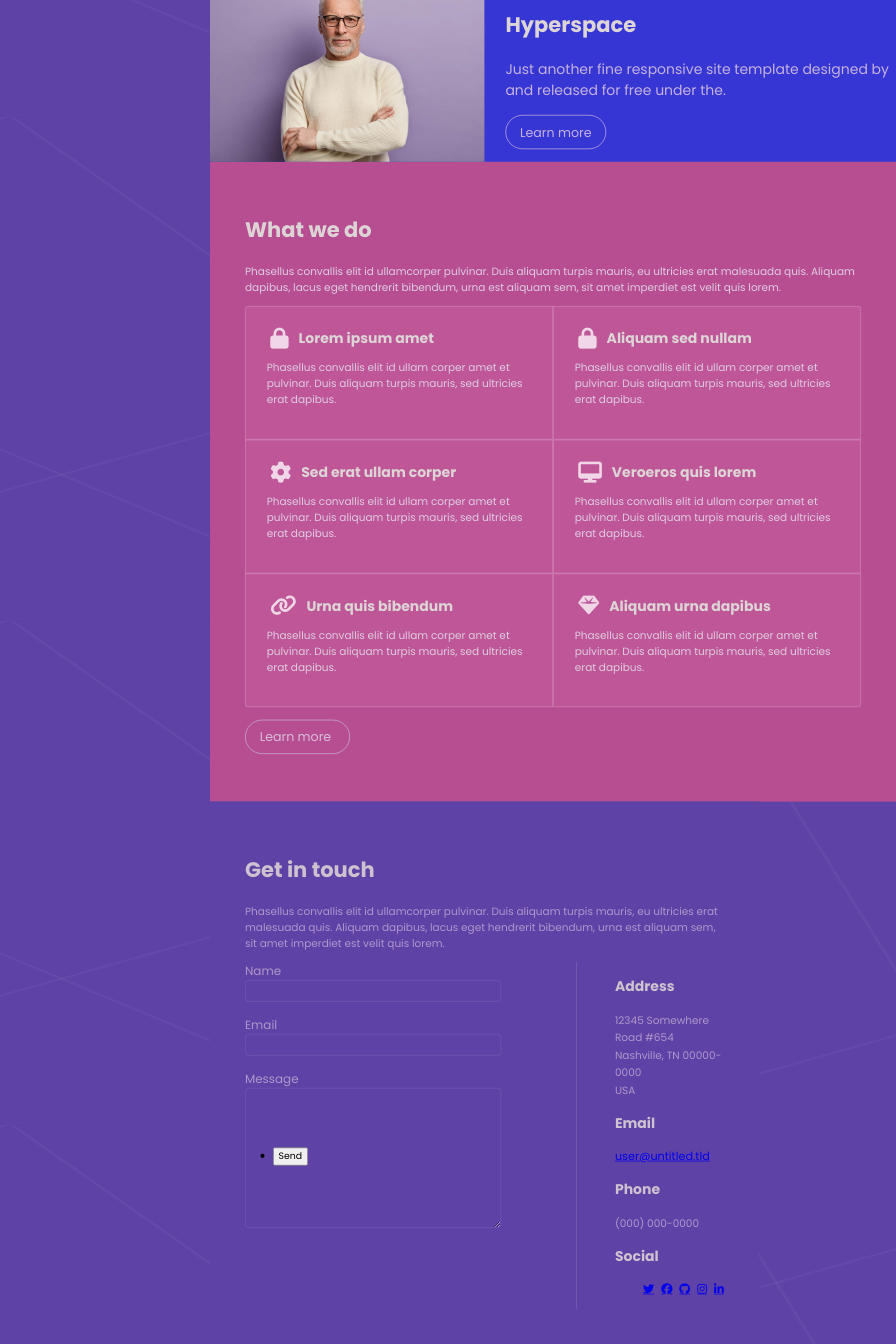
Repository: zai31/KIMIT_Tasks
Page: JsSession8/index.html
These files come from the project's save history. The page is drawn as it stood at one moment and after a run of saves; the edit follows.
The browser window is 1280 px wide. The pictures show the part of the page from y = 1273 to 3193 px (the page is 3193 px tall), at 70% of full size.
Backgrounds fixed to the window are drawn as part of the page.

Above is the page before, as saved 2025-09-15 23:05:57.

### JsSession8/index.html
<!DOCTYPE html>
<html lang="en">
<head>
    <meta charset="UTF-8">
    <meta name="viewport" content="width=device-width, initial-scale=1.0">
    <link rel="stylesheet" href="./css/style.css">
	<link href="https://cdnjs.cloudflare.com/ajax/libs/font-awesome/6.5.2/css/all.min.css" rel="stylesheet">

    <title>Responsive</title>
</head>

<body>
    <section  class="flex-section">
        <div class="menu">
        <ul>
            <li><a href="#">welcome</a></li>
            <li><a href="#">who are we</a></li>
            <li><a href="#">what we do</a></li>
            <li><a href="#">get in touch</a></li>
        </ul>
</div>
<div class="section">
    <div class="content">
      <div class="intro">
							<h1>Hyperspace</h1>
							<p>Just another fine responsive site template designed by <a href="https://html5up.net">HTML5 UP</a><br>
							and released for free under the <a href="https://html5up.net/license">Creative Commons</a>.</p>
							<button>Learn more</button>

						</div>
    <div class="overview">
        <div class="s" style="background-color: rgb(83, 83, 228);">
           <img src="./images/1.jpg" alt="">

							<div ><h1>Hyperspace</h1>
                                <p>Just another fine responsive site template designed by
							and released for free under the.</p>
							<button>Learn more</button></div>
        </div>
        <div class="s" style="background-color: rgb(69, 69, 226);">
            <img src="./images/2.jpg" alt="">
							<div >
                                           	<h1>Hyperspace</h1>
<p>Just another fine responsive site template designed by
							and released for free under the.</p>
							<button>Learn more</button></div>
        </div>
        <div class="s" style="background-color: rgb(54, 54, 213);">
            <img src="./images/3.jpg" alt="">
							<div >
                                           	<h1>Hyperspace</h1>
<p>Just another fine responsive site template designed by
							and released for free under the.</p>
							<button>Learn more</button></div>
        </div>
    <div class="what">
							<h2 style="font-size: 30px;">What we do</h2>
							<p>Phasellus convallis elit id ullamcorper pulvinar. Duis aliquam turpis mauris, eu ultricies erat malesuada quis. Aliquam dapibus, lacus eget hendrerit bibendum, urna est aliquam sem, sit amet imperdiet est velit quis lorem.</p>
							<div class="features">
								<section style="border-radius:5px 0px 0px 0 ;">
									<span style="color: rgba(255, 255, 255, 0.759); font-size: 30px;" class="fa-solid fa-lock"></span>
									<h3 >Lorem ipsum amet</h3>
									<p>Phasellus convallis elit id ullam corper amet et pulvinar. Duis aliquam turpis mauris, sed ultricies erat dapibus.</p>
								</section>
								<section style="border-radius:0 5px 0px 0 ;">
									<span style="color: rgba(255, 255, 255, 0.759); font-size: 30px;" class="fa-solid fa-lock"></span>
									<h3>Aliquam sed nullam</h3>
									<p>Phasellus convallis elit id ullam corper amet et pulvinar. Duis aliquam turpis mauris, sed ultricies erat dapibus.</p>
								</section>
								<section>
									<span style="color: rgba(255, 255, 255, 0.759); font-size: 30px;" class="fa-solid  fa-cog"></span>
									<h3>Sed erat ullam corper</h3>
									<p>Phasellus convallis elit id ullam corper amet et pulvinar. Duis aliquam turpis mauris, sed ultricies erat dapibus.</p>
								</section>
								<section>
									<span style="color: rgba(255, 255, 255, 0.759); font-size: 30px;" class="fa-solid fa-desktop"></span>
									<h3>Veroeros quis lorem</h3>
									<p>Phasellus convallis elit id ullam corper amet et pulvinar. Duis aliquam turpis mauris, sed ultricies erat dapibus.</p>
								</section>
								<section style="border-radius:0 0px 0px 5px  ;">
									<span class="fa-solid fa-link" style="color: rgba(255, 255, 255, 0.759); font-size: 30px;"></span>
									<h3>Urna quis bibendum</h3>
									<p>Phasellus convallis elit id ullam corper amet et pulvinar. Duis aliquam turpis mauris, sed ultricies erat dapibus.</p>
								</section>
								<section style="border-radius:0 0px 5px 0 ;">
									<span class="fa-solid fa-gem" style="color: rgba(255, 255, 255, 0.759); font-size: 30px;" ></span>
									<h3>Aliquam urna dapibus</h3>
									<p>Phasellus convallis elit id ullam corper amet et pulvinar. Duis aliquam turpis mauris, sed ultricies erat dapibus.</p>
								</section>
							</div>
							<ul class="actions">
								<li style="list-style: none;"><a href="generic.html" class="button" style="text-decoration: none; color: thistle;">Learn more</a></li>
							</ul>

    </div>
                        </div>
	<div class="form">
		<h2 style="font-size: 30px;">Get in touch</h2>
							<p>Phasellus convallis elit id ullamcorper pulvinar. Duis aliquam turpis mauris, eu ultricies erat malesuada quis. Aliquam dapibus, lacus eget hendrerit bibendum, urna est aliquam sem, sit amet imperdiet est velit quis lorem.</p>
							<div class="formS"><form action="">
								<div class="fields">

								<div class="row">

									<div class="field">
										<label for="name">Name</label>
										<input type="text" name="name" id="name" />
									</div>
									<div class="field">
										<label for="email">Email</label>
										<input type="email" name="email" id="email" />
									</div></div>
									<div class="field">
										<label for="message">Message</label>
										<textarea name="message" id="message" rows="3"></textarea>
									</div>
								</div>
								<ul class="actions">
									<li><input type="submit" value="Send" /></li>
								</ul>
							</form>
							<div class="line"></div>
							<section>
								<ul style="list-style: none;" class="contact">
										<li>
											<h3>Address</h3>
											<span>12345 Somewhere Road #654<br>
											Nashville, TN 00000-0000<br>
											USA</span>
										</li>
										<li>
											<h3>Email</h3>
											<a href="#">user@untitled.tld</a>
										</li>
										<li>
											<h3>Phone</h3>
											<span>(000) 000-0000</span>
										</li>
										<li>
											<h3>Social</h3>
											<ul style="list-style: none; display: flex; justify-content: left;gap: 10px;" class="icons">
												<li><a href="#" class="fa-brands fa-twitter"><span class="label"></span></a></li>
												<li><a href="#" class="fa-brands fa-facebook"><span class="label"></span></a></li>
												<li><a href="#" class="fa-brands fa-github"><span class="label"></span></a></li>
												<li><a href="#" class="fa-brands fa-instagram"><span class="label"></span></a></li>
												<li><a href="#" class="fa-brands fa-linkedin-in"><span class="label"></span></a></li>
											</ul>
										</li>
									</ul>
							</section>
							</div>
	</div>
                        </div>
                    </section>
</body>
</html>

### JsSession8/CSS/style.css
@import url("https://fonts.googleapis.com/css2?family=Poppins:ital,wght@0,100;0,200;0,300;0,400;0,500;0,600;0,700;0,800;0,900;1,100;1,200;1,300;1,400;1,500;1,600;1,700;1,800;1,900&display=swap");

* {
    box-sizing: border-box;
    font-family: "Poppins", sans-serif;
}

:root {
    --sidebar-color: #312450;
    --primary-color: #5e42a6;
    --secondary-color: #b74e91;
    --section-bg-color: #c7b2dc;
    --dark-color: #000000;
    --navbar-bg-color: #273053;
    --p-color: #717275;
    --highlight-icon-color: #ff0100;
    --main-transition: 0.5s all ease-in-out;
}


html,
body {
    height: 100%;
    margin: 0;
    padding: 0;
}

.flex-section {
    display: flex;
    flex-direction: row;

}

/*side bar*/
.flex-section .menu {
    min-height: 100vh;
    /* ensures sidebar spans at least the full screen */
    height: auto;
    /* lets it grow with content */
    width: 300px;
    top: 0;
    left: 0;
    position: fixed;
    background-color: var(--sidebar-color);
    padding: 145px 30px;
    box-shadow: 0 0 10px rgba(0, 0, 0, 0.1);
}

.flex-section .menu ul {
    list-style: none;
    padding: 0;
    margin: 0;
    text-align: right;
}

.flex-section .menu ul li {
    margin-bottom: 10px;
    font-size: 20px;
    position: relative;
    /* needed for ::after positioning */
    padding-bottom: 10px;
}

.flex-section .menu ul li a {
    text-decoration: none;
    color: #8b82a1;

}

.flex-section .menu ul li::after {
    content: "";
    position: absolute;
    left: 0;
    bottom: 0;
    width: 100%;
    /* stick to the bottom */
    height: 2px;
    background-color: #8b82a1;
    /* thickness of underline */
    transition: width 0.3s ease;
}

/*use js*/
.flex-section .menu ul li a:hover::after {
    width: 100%;
    /* expand underline on hover */
}


.flex-section .menu ul li a:hover {
    color: #b5b8bf;
}

.flex-section .menu ul li a:active {
    color: #5e42a6;
}

.flex-section .menu ul li a:active::after {
    background: linear-gradient(to right, #4b0082, #8b00ff, #981196);
}






/*content first section */
.flex-section .section {
    flex: 1;
    background-color: var(--section-bg-color);
    background-attachment: fixed;
    background-image: url("../assets/css/images/Screenshot\ 2025-09-15\ 075920.png");
    background-position: top right;
    background-repeat: no-repeat;
    background-size: 100% 100%;
    padding-left: 300px;
}

.flex-section .section .content {
    display: flex;
    flex-direction: column;
    width: 100%;
}

.flex-section .section .content .intro {
    padding: 100px;
    width: 100%;
    height: 100vh;
}

.flex-section .section .content .intro h1 {
    color: rgb(221, 213, 213);
    font-size: 50px;
}

.flex-section .section .content .intro p,
.flex-section .section .content .intro a {
    color: var(--section-bg-color);
    font-size: 20px;
}

.flex-section .section .content .intro a:hover {
    color: #fefefe;
    text-decoration: none;
}

.flex-section .section .content .intro button {
    color: var(--section-bg-color);
    background-color: transparent;
    border: 1px solid var(--section-bg-color);
    padding: 10px 20px;
    border-radius: 25px;
    cursor: pointer;
    text-decoration: none;
    font-size: 18px;
}

.flex-section .section .content .intro button:hover {
    background-color: #6f54b6;
}




/*content second section */

.flex-section .section .content .overview .s {
    display: flex;
    flex-direction: row;
    align-items: center;
    gap: 30px;
}

.flex-section .section .content .overview .s h1 {
    color: rgb(221, 213, 213);
    font-size: 30px;
}

.flex-section .section .content .overview .s p {
    color: var(--section-bg-color);
    font-size: 20px;
}

.flex-section .section .content .overview .s button {
    color: var(--section-bg-color);
    background-color: transparent;
    border: 1px solid var(--section-bg-color);
    padding: 10px 20px;
    border-radius: 25px;
    cursor: pointer;
    text-decoration: none;
    font-size: 18px;
}

.flex-section .section .content .overview .s button:hover {
    background-color: rgb(77, 77, 246);
}

.flex-section .section .content .overview .s img {
    width: 40%;
}

/*what section*/

.flex-section .section .content .what {
    padding: 50px;
    width: 100%;
    background-color: var(--secondary-color);
}

.flex-section .section .content .what h3,
.flex-section .section .content .what h2 {
    color: rgb(221, 213, 213);
    font-size: 20px;
}
.flex-section .section .content .what p {
    color: #e0cee1;
    font-size: 15px;
}

.flex-section .section .content .what .features{
    display: flex;
    flex-direction: row;
    flex-wrap: wrap;
    background-color: #be5698;


}
.flex-section .section .content .what .features section {
 flex: 1 1 50%;     /* grow/shrink, ~half width with gap */
 border: 0.5px solid rgba(255, 255, 255, 0.248);
 box-sizing: border-box;
 padding: 30px;

}
.flex-section .section .content .what .actions {
   color: var(--section-bg-color);
    background-color: transparent;
    border: 1px solid var(--section-bg-color);
    padding: 10px 20px;
    border-radius: 25px;
    cursor: pointer;
    text-decoration: none;
    font-size: 18px;
    width: 150px;
}

 .what .actions:hover {
    background-color: rgb(212, 107, 177);
}
.features section span,
.features section h3 {
  display: inline-block;
  vertical-align: middle;
  margin: 0 5px;
}

/*form*/

.form {
    padding: 50px;
    width: 80%;
    background-color: var(--primary-color);

}
.form .formS
{
   display: flex;
   flex-direction: row;
}
.form h2 {
    color: rgba(221, 213, 213, 0.873);
    font-size: 30px;
}
.form p {
    color: #e0cee19d;
    font-size: 15px;
}
 .fields {
    display: flex;
    flex-direction: row;
    flex-wrap: wrap;
    width: 80%;
    border-radius: 10px;
    height: 50%;
    gap: 20px;
}

.field {
  display: flex;
  flex-direction: column;
  flex: 1; /* make name and email share equal width */
}
.field input, .field textarea{
    background-color: transparent;
    border: 1px solid #e0cee127;
    border-radius: 5px;
    cursor: pointer;
    text-decoration: none;
    font-size: 18px;
    color: #e0cee19d;
}
.field label {
    color: #e0cee19d;
    font-size: 17px;
}
.contact-info {
  flex: 1; /* right side column */
  color: #e0cee19d;
}

.form .fields .row {
    display: flex;
    flex-direction: row;
    flex-wrap: wrap;
    width: 100%;
    gap: 20px;}

    .field textarea
    {
        height: 200px;
    }
.line {
    width: 2px;
    background-color:#ffffff28; /* or border-left: 1px solid #e0cee127; */
    margin: 0 15px; /* spacing from form and contact info */
    align-self: stretch; /* makes it fill the full height of the flex container */
}
.formS .contact{
    width: 100%;
}
.formS .contact h3 {
    color: rgba(221, 213, 213, 0.873);
    font-size: 20px;
}
.formS .contact span {
    color: #e0cee19d;
    font-size: 15px;
}

After the next 4 saves:
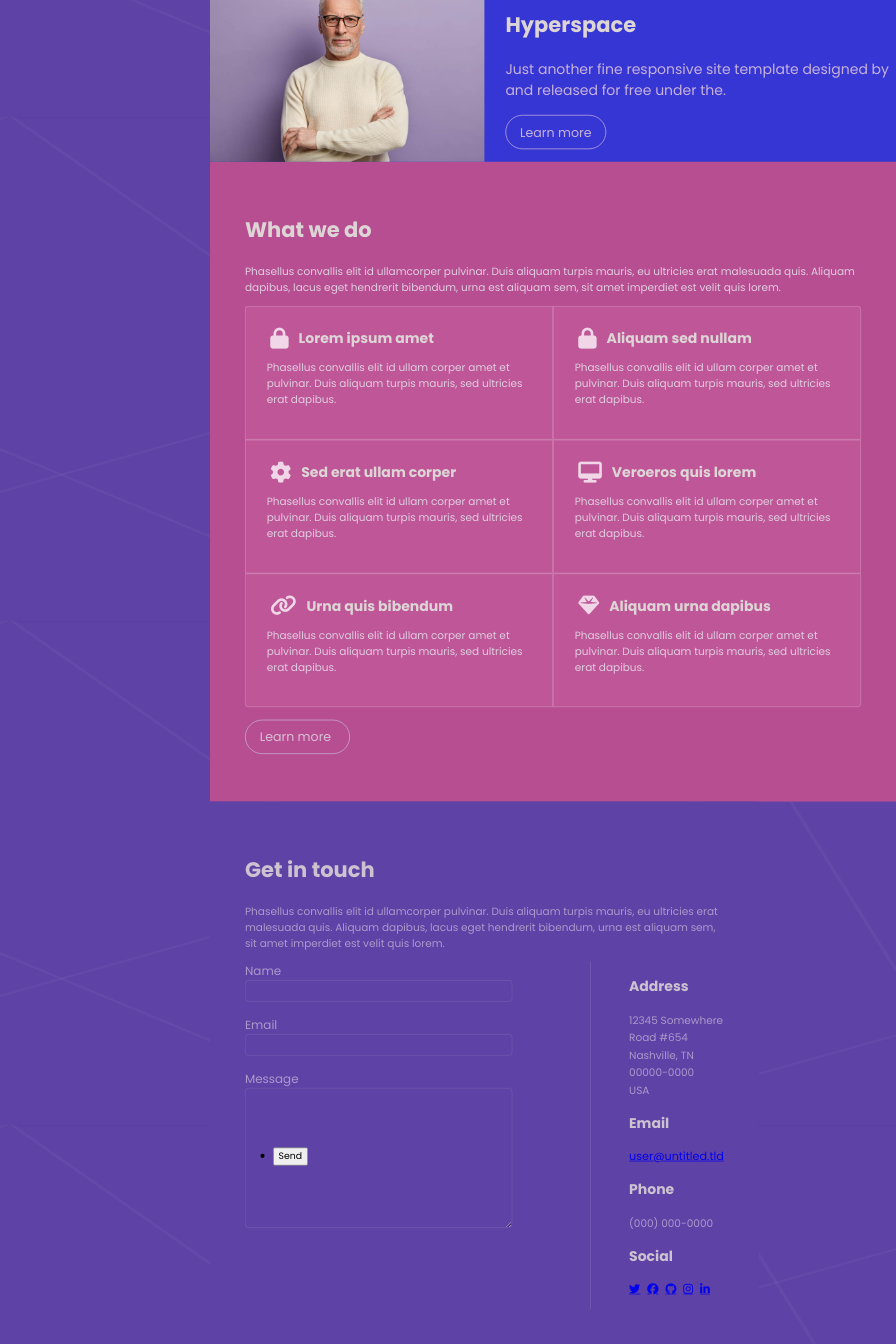
The 4 saves are shown as one change because they came seconds apart.
The last was saved 33 s later.
--- a/JsSession8/index.html
+++ b/JsSession8/index.html
@@ -138,7 +138,7 @@
 										</li>
 										<li>
 											<h3>Social</h3>
-											<ul style="list-style: none; display: flex; justify-content: left;gap: 10px;" class="icons">
+											<ul style="list-style: none; display: flex; padding: 0px;gap: 10px;" class="icons">
 												<li><a href="#" class="fa-brands fa-twitter"><span class="label"></span></a></li>
 												<li><a href="#" class="fa-brands fa-facebook"><span class="label"></span></a></li>
 												<li><a href="#" class="fa-brands fa-github"><span class="label"></span></a></li>
